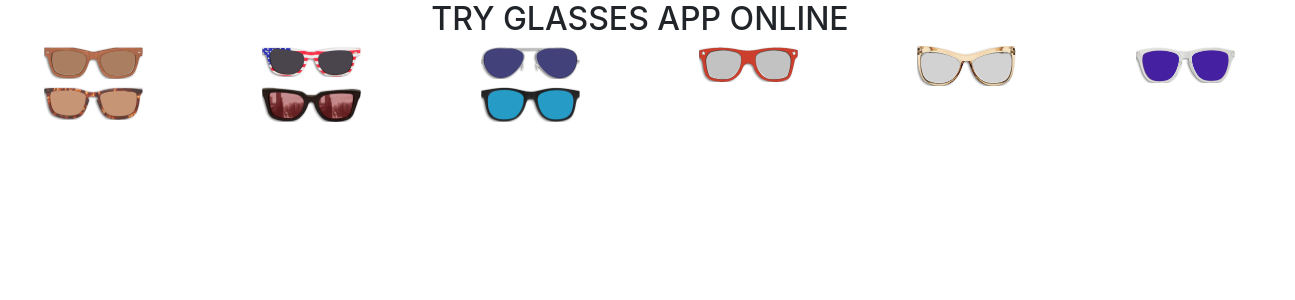
Repository: phongthanhh/ChoseGlass
Page: /
These files come from the project's save history. The page is drawn as it stood at one moment and after the next save; the edit follows.
The browser window is 1280 px wide. The page is 1295 px wide, so the pictures cover 1295 px, including what lies to the right of the window. The pictures show the whole page.
The project was rebuilt for these pictures with package versions that can differ from the ones it lists, and the page was loaded fresh each time.

Above is the page before, as saved 2022-12-25 15:32:57.

After the next save:
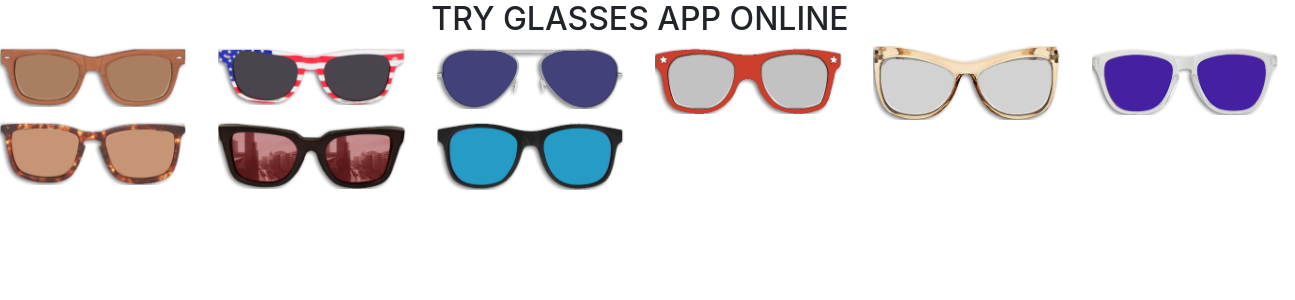
Saved 14 s later.
--- a/src/ChoseGlass/BTGlass.jsx
+++ b/src/ChoseGlass/BTGlass.jsx
@@ -72,7 +72,7 @@
         return this.listGlass.map(glass => {
             return (
                 <div className="col-2">
-                    <img style={{ width: '100px' }} src={glass.url} alt="" />
+                    <img style={{ width: '100%' }} src={glass.url} alt="" />
                 </div>
             )
         })
